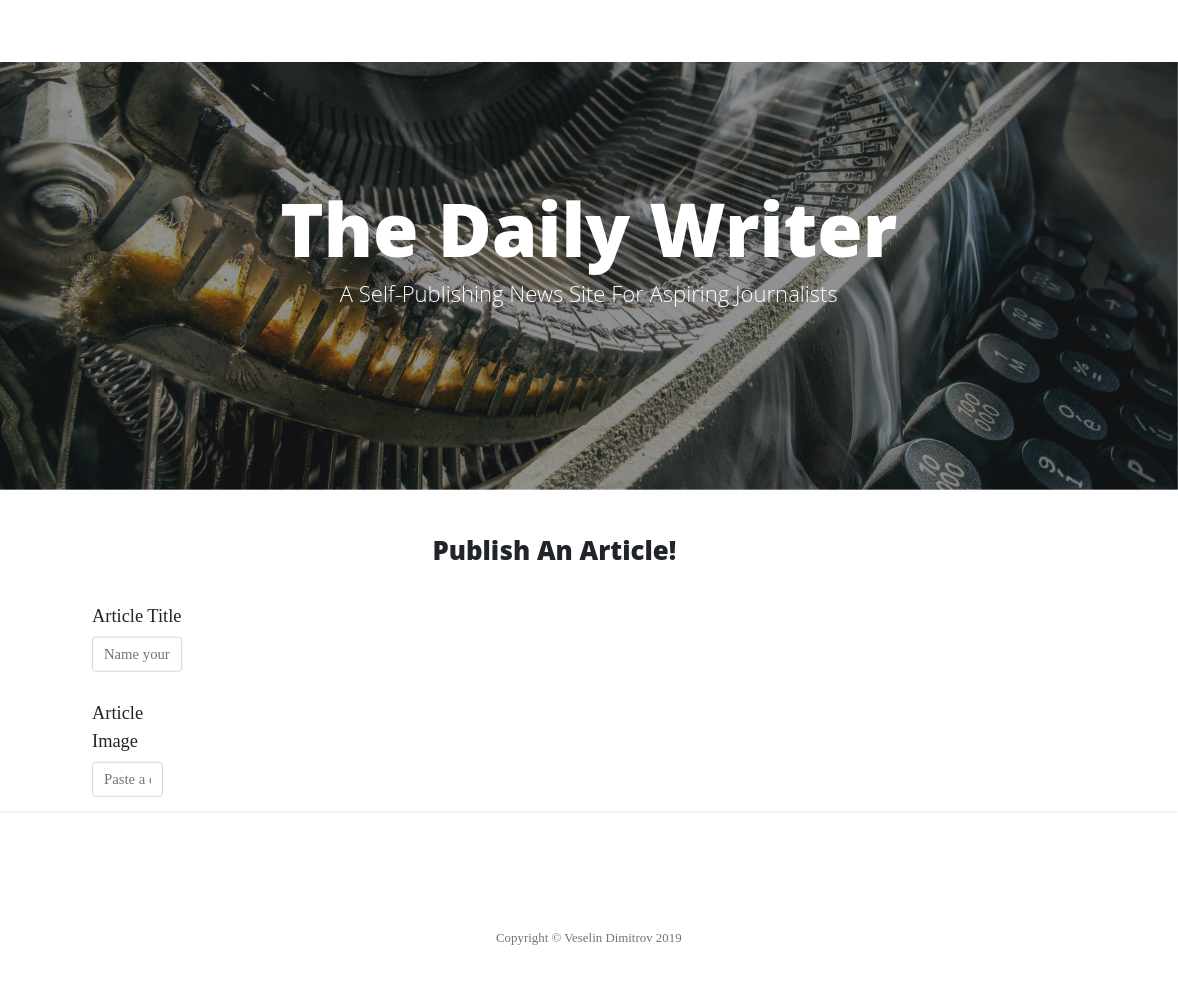
Repository: Vesss/Blog-Project
Page: http://localhost/post
The author's editor kept a record of every edit. The page is drawn from the files as they stood at one moment, then again after the next edit.
The browser window is 1280 px wide. The pictures show the whole page, at 92% of full size.
The page is served by the project's application, run on Flask 3 (app.py).

Above is the page before.

After the next edit:
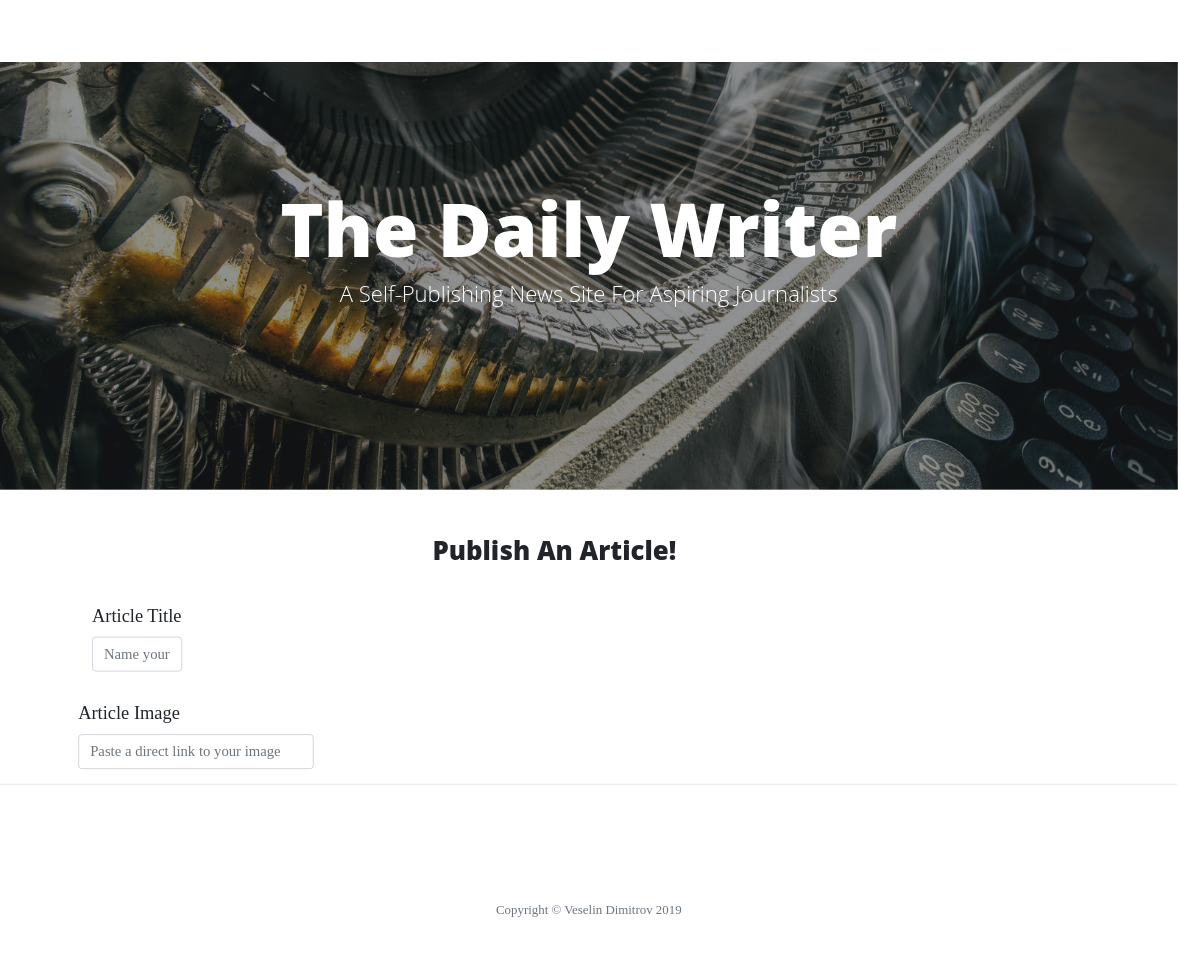
The edit:
--- a/templates/post.html
+++ b/templates/post.html
@@ -17,7 +17,7 @@
 
             <br />
 
-            <div class="col-sm-5">
+            <div class="col-sm-">
                 <label for="image">Article Image</label>
                 <input type="text" class="form-control" placeholder="Paste a direct link to your image">
             </div>
